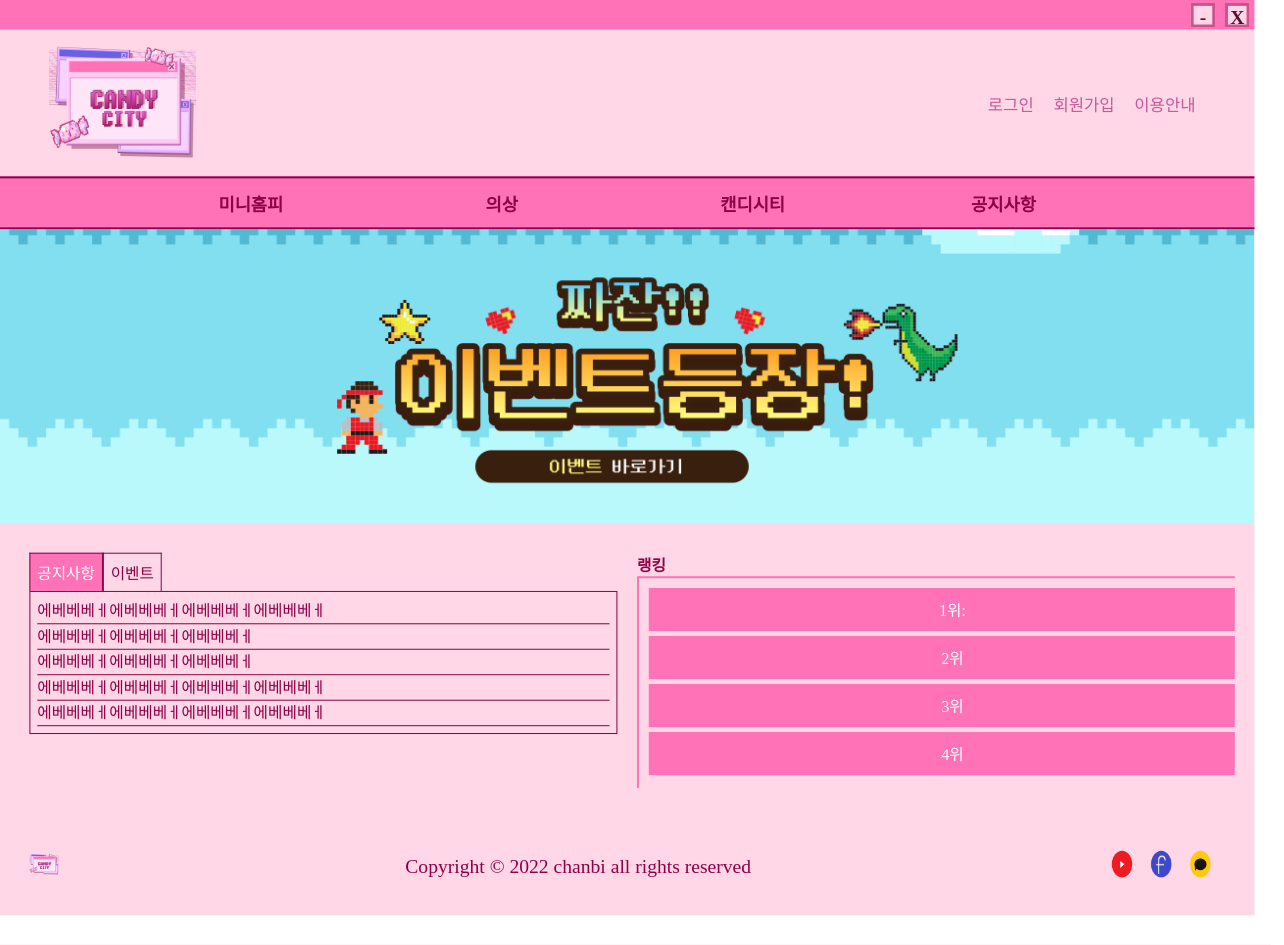
Repository: chanbiM/candyCityProject
Page: http://localhost/CandyCityProj/
An editor plug-in stored every save of this project. The page is shown before and after the next save, followed by the edit.
The browser window is 1280 px wide. The page is 1310 px wide, so the pictures cover 1310 px, including what lies to the right of the window. The pictures show the whole page, at 98% of full size.
Some web fonts or font styles are not loaded; a fallback is used. The page is served by Tomcat 9. Other server files are loaded and not shown.

Above is the page before, as saved 2022-11-18 03:26:02.

### CandyCityProj/WebContent/index.jsp
<%@ page language="java" contentType="text/html; charset=UTF-8"
	pageEncoding="UTF-8"%>
<%@ include file="header.jsp" %>
        <!-- 슬라이드 영역 -->
        <div id="slide">
            <ul>
                <li><a href="#"><img src="./images/slide1.png" alt="슬라이드1"></a></li>
                <li><a href="#"><img src="./images/slide2.png" alt="슬라이드2"></a></li>
            </ul>
        </div>
        <!-- 섹션영역 -->
        <section>

            <!-- 공지사항 / 갤러리 영역 -->
            <div id="content_container">
                <!-- 탭 요소들 -->
                <div class="tab">
                    <!-- 활성화돼있는 탭을 구분하기 위해 active 클래스 사용 -->
                    <!-- 기본적으로 활성화 돼있는 요소는 공지사항 -->
                    <div id="post_tab" class="active"><a href="#">공지사항</a></div>
                    <div id="event_tab"><a href="#">이벤트</a></div>
                </div>
                <!-- 내용 요소들 -->
                <div class="content">
                    <!-- 공지사항 -->
                    <div id="post">
                        <ul>
                            <!-- 첫번째 요소 클릭시 팝업 보이게 해야됨 -->
                            <li id="open_popup"><a href="#">에베베베ㅔ에베베베ㅔ에베베베ㅔ에베베베ㅔ</a></li>
                            <li><a href="#">에베베베ㅔ에베베베ㅔ에베베베ㅔ</a></li>
                            <li><a href="#">에베베베ㅔ에베베베ㅔ에베베베ㅔ</a></li>
                            <li><a href="#">에베베베ㅔ에베베베ㅔ에베베베ㅔ에베베베ㅔ</a></li>
                            <li><a href="#">에베베베ㅔ에베베베ㅔ에베베베ㅔ에베베베ㅔ</a></li>
                        </ul>
                    </div>
                    <!-- 갤러리 -->
                    <div id="event">
                        <ul>
                            <li id="open_popup"><a href="#">에베베베ㅔ에베베베ㅔ에베베베ㅔ에베베베ㅔ</a></li>
                            <li><a href="#">에베베베ㅔ에베베베ㅔ에베베베ㅔ</a></li>
                            <li><a href="#">에베베베ㅔ에베베베ㅔ에베베베ㅔ</a></li>
                            <li><a href="#">에베베베ㅔ에베베베ㅔ에베베베ㅔ에베베베ㅔ</a></li>
                            <li><a href="#">에베베베ㅔ에베베베ㅔ에베베베ㅔ에베베베ㅔ</a></li>
                        </ul>
                    </div>
                </div>
            </div>
            <div id="link_container">
           		 <h4>랭킹</h4>
                <ul>
                    <li><a href="/GetHomepi?id=chanbi">1위:</a></li>
                    <li><a href="#">2위 </a></li>
                    <li><a href="#">3위 </a></li>
                    <li><a href="#">4위 </a></li>
                </ul>
            </div>
        </section>
<%@ include file="footer.jsp" %>

### CandyCityProj/WebContent/header.jsp
<%@page import="vo.MemberVO"%>
<%@ page language="java" contentType="text/html; charset=UTF-8"
	pageEncoding="UTF-8"%>
<!DOCTYPE html>
<html>
<head>
<meta charset="UTF-8">
<title>Candy City</title>
<link rel="stylesheet" href="/css/mainStyle.css">
<script src="/js/jquery-3.1.1.min.js"></script>
</head>
<body>
	<div class="wrapper">
		<!-- 창 바 -->
		<div class="window">
			<button class="widow_btn" id="-_btn">-</button>
			<button class="widow_btn" id="x_btn">X</button>
		</div>

		<header>
			<!-- 로고 -->
			<div class="logo">
				<a href="/index.jsp"><img alt="로고" src="/images/logo.png"></a>
			</div>

			<!-- 기타 메뉴바 -->
			<div class="minimenu">

				<ul>
					<%
						MemberVO vo = (MemberVO) session.getAttribute("loginOK");
						if (vo == null) {
					%>
					<li><a href="/member/login.jsp">로그인</a></li>
					<li><a href="/member/insertMember.jsp">회원가입</a></li>
					<li><a href="#">이용안내</a></li>
					<%
						} else {
					%>
					<li><a href="#"><%=vo.getName()%>님</a></li>
					<li><a href="/logout"> 로그아웃 </a></li>
					<li><a href="#">마이페이지</a></li>
					<li><a href="#">이용안내</a></li>

					<%
						}
					%>
				</ul>

			</div>
		</header>

		<!-- 메뉴바 -->
		<nav>
			<ul class="mainmenu">
				<li><a href="/homepi/mini_homeList.jsp">미니홈피</a>
					<ul class="submenu">
					<%
						if (vo == null) {
					%>
						<li><a href="/member/login.jsp">내 미니홈피</a></li>
						<li><a href="/homepi/mini_homeList.jsp">미니홈피 목록</a></li>
					<%
						} else {
					%>

						<li><a href="/GetHomepi?id=<%= vo.getId() %>">내 미니홈피</a></li>
						<li><a href="/homepi/mini_homeList.jsp">미니홈피 목록</a></li>
					<%
						}
					%>
					</ul></li>

				<li><a href="/character/shop.jsp">의상</a>
					<ul class="submenu">
						<li><a href="/character/character_setting.jsp">내 의상</a></li>
						<li><a href="/character/shop.jsp">의상 상점</a></li>
					</ul></li>

				<li><a href="#">캔디시티</a>
					<ul class="submenu">
					</ul></li>

				<li><a href="#">공지사항</a>
					<ul class="submenu">
						<li><a href="#">이벤트</a></li>
						<li><a href="#">공지사항</a></li>
						<li><a href="#">당첨자 발표</a></li>
					</ul></li>

				<%
					MemberVO adminVo = (MemberVO) session.getAttribute("manager");
					if (adminVo != null) {
				%>
				<li><a href="/member/memberList_admin.jsp">관리자용 메뉴</a>
					<ul class="submenu">
						<li><a href="#">유저 리스트</a></li>
						<li><a href="#">문의글 확인</a></li>
						<li><a href="#">신고글 확인</a></li>
						<li><a href="#">공지사항/이벤트 작성</a></li>
						<li><a href="#">우편 보내기</a></li>
					</ul></li>
			<%
				}
			%>
			</ul>

		</nav>

### CandyCityProj/WebContent/footer.jsp
<%@ page language="java" contentType="text/html; charset=UTF-8"
    pageEncoding="UTF-8"%>
        <!-- 푸터 영역 -->
        <footer>
            <!-- 하단로고 -->
            <div>
                <a href="#" class="logo">
                    <img src="/images/logo.png" alt="로고">
                </a>
            </div>
            <!-- 카피라이트 -->
            <div class="copyright">
                <p> Copyright &copy; 2022 chanbi all rights reserved</p>
            </div>
            <!-- SNS -->
            <div>
                <ul class="sns">
                    <li><a href="#"><img src="/images/youtube.png" alt="유튜브" height="40"></a></li>
                    <li><a href="#"><img src="/images/facebook.png" alt="페이스북" height="40"></a></li>
                    <li><a href="#"><img src="/images/kakao.png" alt="카카오톡" height="40"></a></li>
                </ul>
            </div>
        </footer>
    </div>
	<script src="/js/script.js"></script>
</body>
</html>

### CandyCityProj/WebContent/css/mainStyle.css
@font-face {
    font-family: 'DungGeunMo';
    src: url('https://cdn.jsdelivr.net/gh/projectnoonnu/noonfonts_six@1.2/DungGeunMo.woff') format('woff');
    font-weight: normal;
    font-style: normal;
}
* {
    margin: 0;
    padding: 0;
    list-style: none;
    text-decoration: none;
    color: rgb(19, 0, 1);
    font-family: 'DungGeunMo';
    color: #8e0047;
}

.wrapper {
    width: 1280px;
    margin: 0 auto;
    background-color: rgb(255, 215, 230);
}

.window {
    width: 100%;
    height: 30px;
    display: flex;
    justify-content: flex-end;
    background-color: #FF72B7;
    align-items: center;
}
.widow_btn {
    width: 25px;
    height: 25px;
    margin: 5px;
    color: #580e32;
    font-weight: bold;
    font-size: 20px;
    background-color: rgb(255, 215, 230);
    border: 3px solid #ce528e;
}

.widow_btn:hover {
    background-color: rgb(203, 164, 178);
    border: 3px solid #953c67;
    cursor: pointer;
    text-align: center;
}

.logo > a {
    display: flex;
}

.logo > a > img {
    width: 150px;
    height: 120px;
    margin: 50px;
    margin-top: 15px;
}

header {
    width: 100%;
    height: 150px;
    display: flex;
    justify-content: space-between;
}

.minimenu {
    width: 1000px;
    display: flex;
    font-size: 17px;
    align-items: center;
    margin-right: 50px;
    justify-content: flex-end;
}

.minimenu ul{
    display: flex;
}

.minimenu ul li {
    margin: 10px;
}

.minimenu ul li:hover {
    font-weight: bold;
}

/*.minimenu ul {
    width: 100%;
    display: flex;
    justify-content: space-evenly;
}*/

.minimenu ul li a{
	color: #c95899;
}

.mainmenu {
    /* 메뉴 요소 4개 가로정렬 */
    width: 1280px;
    display: flex;

    /* 중앙정렬 */
    text-align: center;
    align-items: center;
    justify-content: center;

    background-color: #FF72B7;
    border-top: 2px #8e0047 solid;
    border-bottom: 2px #8e0047 solid;
    position:relative;

}

.mainmenu li {
    width: 20%;
    height: 50px;
}

.mainmenu a {
    display: flex;
    justify-content: center;
    align-items: center;
    width: 100%;
    height: 100%;
    font-size: 18px;
    font-weight: 600;

    /* 하이라이팅 줄때 애니메이션을 줄 시간과 속성들 */
    transition: background-color 1s, color 1s;
}
/* :hover -> 마우스를 위에 올려 놓을때 적용할 스타일*/
.mainmenu a:hover {
    background-color: #aa4a78;
    color: white;
}


.mainmenu .submenu {
    /* 부모의 면적 + 다른 요소에 영향을 주지 않음 -> 다른 요소에 독립적*/
    position: absolute;
    /* 맨 앞으로 가져오기*/
    z-index: 100;
	width: 20%;

    background-color: #FF72B7;
    color: white;

    /* 기본적으로는 가려짐. 나중에 js로 호버될때 해제되도록 해줄 것 */
    display: none;
}

.submenu li {
    width: 100%;
}
.submenu a:hover {
    background-color: rgb(254, 207, 228);
    color: rgb(70, 19, 30);
}

#slide {
    width: 100%;
    height: 300px;
    position: relative;
    overflow: hidden;
}
#slide>ul>li>a>img {
    position: absolute;
    width: 100%;
    top: 0;
    left: -100%;
    opacity: 0;
}

#slide >ul>li>a>img:first-child {
    left: 0;
    opacity: 1;
}

#slide ul {
    /* 다른 요소에 관여받지 않고 #slide 기준으로 움직이도록*/
    position: absolute;
    top: 0;
    left: 0;

    width: 100%;


}

/* 섹션 */

section {
    display: flex;
    height: 250px;
    overflow: hidden;
    margin: 20px;
}

section > div {
    flex: 1;
    max-width: 50%;

    padding: 10px;
}

/* 컨텐츠 탭 */
.tab {
    display: flex;
}

/* 활성화 된 탭 추가 효과 */
.tab .active {
    background-color: #FF72B7;
}
.tab .active a{
    color: white;
}


.tab div {
    padding: 7px;
    border: 1px solid #800040;
    /* content, tab이 보더가 곂치므로 한쪽 없애주기 */
    border-bottom: none;
}

#content_container .content {
    padding: 7px;
    border: 1px solid #800040;

    /* 일정 크기 이상으로 글자가 나오는걸 방지 */
    max-width: 600px;
    height: 130px;
}

/* 각 요소들의 글자가 넘쳐날 경우 .... 처리*/
#post li {
    overflow: hidden;
    text-overflow:ellipsis;
    white-space: nowrap;
    line-height: 25px;


    border-bottom: 1px solid #800040;
}

/* 갤러리 */
/* 기본적으로 활성화 된게 공지사항이므로 갤러리 컨텐츠는 가리기 */
#event {
    display: none;
}

#event li{
    overflow: hidden;
    text-overflow:ellipsis;
    white-space: nowrap;
    line-height: 25px;


    border-bottom: 1px solid #800040;
}

#link_container ul, #link_container li{
    width: 100%;
}

#link_container ul {
	border: 2px solid #FF72B7;

	padding: 10px;
}
#link_container li {
    /* 버튼별 간격 */
    margin-bottom: 5px;

    /* 버튼 내부 간격 */
    padding: 10px;
    text-align: center;
    background-color: #FF72B7;
}

#link_container a {
    color: white;
}

/* 푸터 */

footer {
    /* 가로 정렬 */
    display: flex;

    /* 3가지 요소들 가로 간격 */
    justify-content: space-between;
    /* 세로 중앙 정렬*/
    align-items: center;

    width: 100%;
    height: 100px;
    margin: 30px;
}

.sns {
    display: flex;
    margin-right: 70px;
}

/* sns 아이콘별 간격 */
.sns li {
    margin-left: 10px;
}

footer img {
    width: 30px;
}

/* 팝업의 배경 */
#popup_back {
    /* 기본적으로 가려짐 */
    display: none;

    /* 사이트 내용의 면적을 무시하고 배치*/
    position: absolute;
    top: 0;
    left: 0;

    /* 창 전체 가로 세로 채우기*/
    width: 100%;
    height: 100%;

    /* 검정색 배경(0,0,0,)에서 0.8로 투명도 설정*/
    background: rgba(0,0,0,0.8);
}

/* 팝업 본체 */
#popup{
    position: relative;

    /* 팝업 창의 가로 세로*/
    width:400px;
    height:200px;

    /* 배경 면적의 top 50%, left 50% 위치로 이동 */
    top:50%;
    left:50%;
    /* 중앙 배치를 위해 팝업의 가로 세로의 절반 크기 만큼 옮기기*/
    margin-top: -100px;
    margin-left:-200px;

    background:#fff;
    padding: 20px;
}
/* 팝업 버튼 */
#popup_close {
    position: absolute;
    padding: 5px;

    /* 팝업의 아래쪽부터 20px, 오른쪽으로부터 20px */
    right: 20px;
    bottom: 20px;
}

.copyright {
	font-size: 20px;
}

### CandyCityProj/WebContent/js/script.js
var slide = $("#slide>ul>li>a>img");
var sno = 0;
var eno = slide.length - 1;

var timer = setInterval("autoslide()", 3000);

function autoslide() {
    $(slide[sno]).stop().animate({
      left: "100%", opacity: 0
    }, 1000, function() {
        $(this).css({left: "-100%"});
    });
    sno++;
    if(sno > eno){
        sno = 0;
    }
    $(slide[sno]).stop().animate({
        left: "0", opacity: 1
    }, 1000);
}

$(".slide").hover(
    function() {
        clearInterval(timer)
    },
    function(){
        timer=setInterval("autoslide()", 3000);
    }
);

/*
    탭 구현
*/

$("#post_tab").click(function(){
    $(".tab > div").removeClass("active")
    $("#post_tab").addClass("active")

    $("#event").hide();
    $("#post").show();
})

$("#event_tab").click(function(){
    $(".tab > div").removeClass("active")
    $("#event_tab").addClass("active")

    $("#post").hide();
    $("#event").show();
})

/*
    메뉴 관련 이벤트 설정
*/



$(".mainmenu > li").mouseover(function (){
     $(this).children(".submenu").stop().slideDown();
 })

$(".mainmenu > li").mouseleave(function (){ // 마우스가 떠나면
    $(".submenu").stop().slideUp(); // slideUp = 올라가는 애니메이션
})


// 비밀번호 변경 팝업
$(".open_popup").click(function(){
    $(".popup_back").show()
})

// 팝업의 '닫기' 버튼 클릭시
$(".popup_close").click(function(){
    $(".popup_back").hide()
})

//탈퇴 팝업
$(".open_popup_del").click(function(){
    $(".popup_back_del").show()
})

// 팝업의 '닫기' 버튼 클릭시
$(".popup_close").click(function(){
    $(".popup_back_del").hide()
})

Loaded but not shown: CandyCityProj/WebContent/js/jquery-3.1.1.min.js (library)

After the next save:
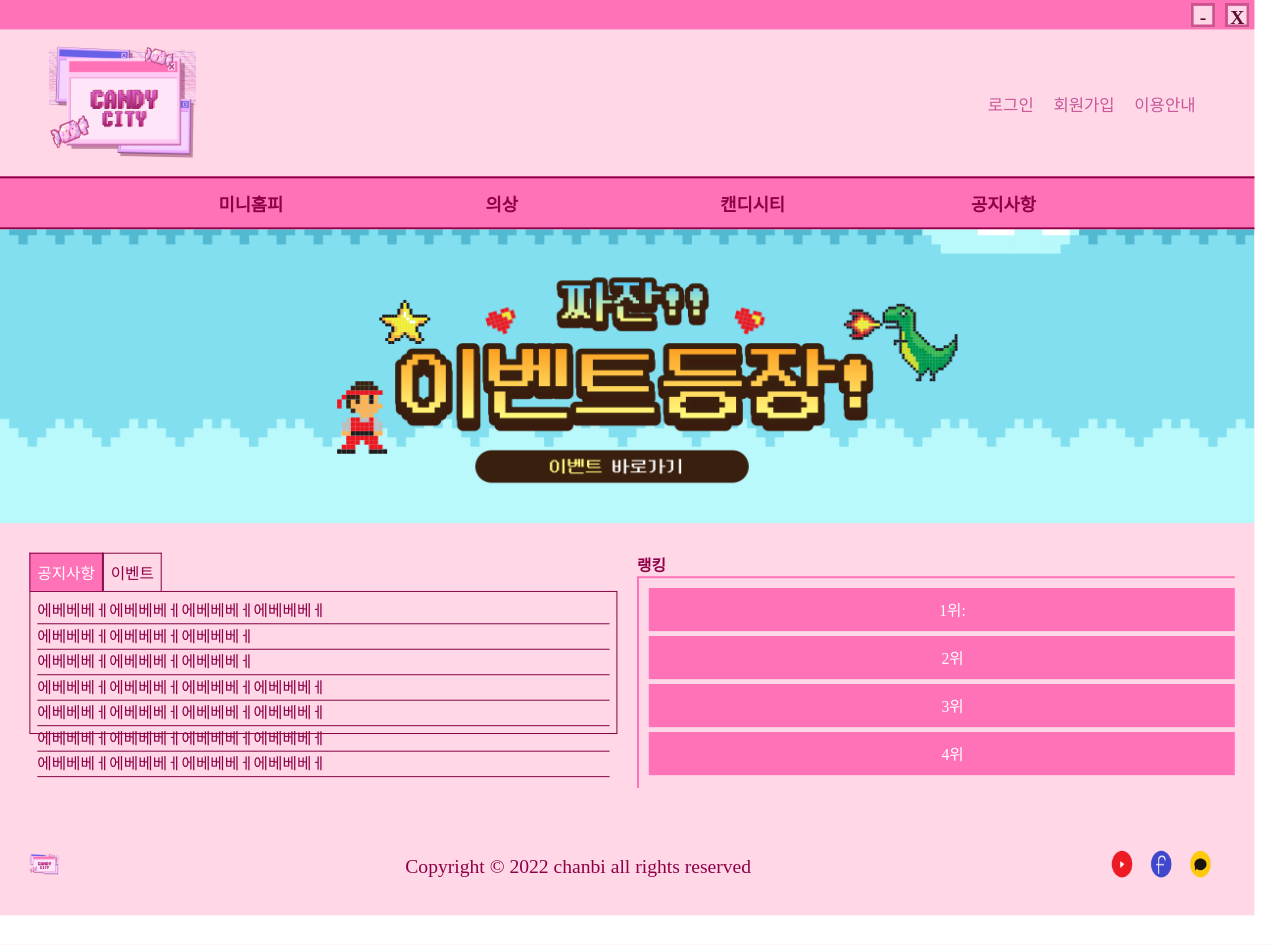
Saved 82 s later.
--- a/CandyCityProj/WebContent/index.jsp
+++ b/CandyCityProj/WebContent/index.jsp
@@ -31,6 +31,8 @@
                             <li><a href="#">에베베베ㅔ에베베베ㅔ에베베베ㅔ</a></li>
                             <li><a href="#">에베베베ㅔ에베베베ㅔ에베베베ㅔ에베베베ㅔ</a></li>
                             <li><a href="#">에베베베ㅔ에베베베ㅔ에베베베ㅔ에베베베ㅔ</a></li>
+                            <li><a href="#">에베베베ㅔ에베베베ㅔ에베베베ㅔ에베베베ㅔ</a></li>
+                            <li><a href="#">에베베베ㅔ에베베베ㅔ에베베베ㅔ에베베베ㅔ</a></li>
                         </ul>
                     </div>
                     <!-- 갤러리 -->
